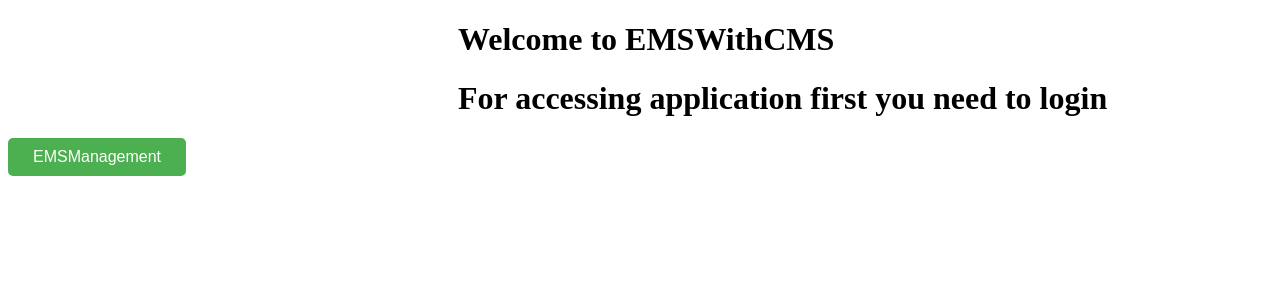
Repository: varnittyagi120/javaproject2
Page: eclipse-workspaceone/CMSWithEMSUsingServletInOptmiseWay/WebContent/index.html
An editor plug-in stored every save of this project. The page is shown before and after the next save, followed by the edit.
The browser window is 1280 px wide. The pictures show the whole page.

Above is the page before, as saved 2019-11-19 09:24:10.

After the next save:
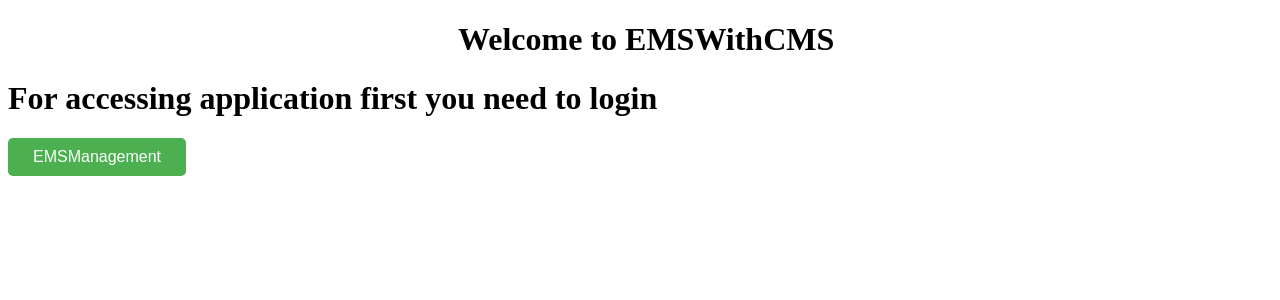
Saved 27 s later.
--- a/eclipse-workspaceone/CMSWithEMSUsingServletInOptmiseWay/WebContent/index.html
+++ b/eclipse-workspaceone/CMSWithEMSUsingServletInOptmiseWay/WebContent/index.html
@@ -17,7 +17,7 @@
 </style>
 <body>
         <h1 style='margin-left:450px'>Welcome to EMSWithCMS</h1>
-        <h1 style='margin-left:450px'>For accessing application first you need to login</h1>
+        <h1 style='margin-left:'>For accessing application first you need to login</h1>
 	    <a href = "StartOfEMS"><button style='margin-left:px'class="button" >EMSManagement</button></a><br><br>
 </body>
 </html>
